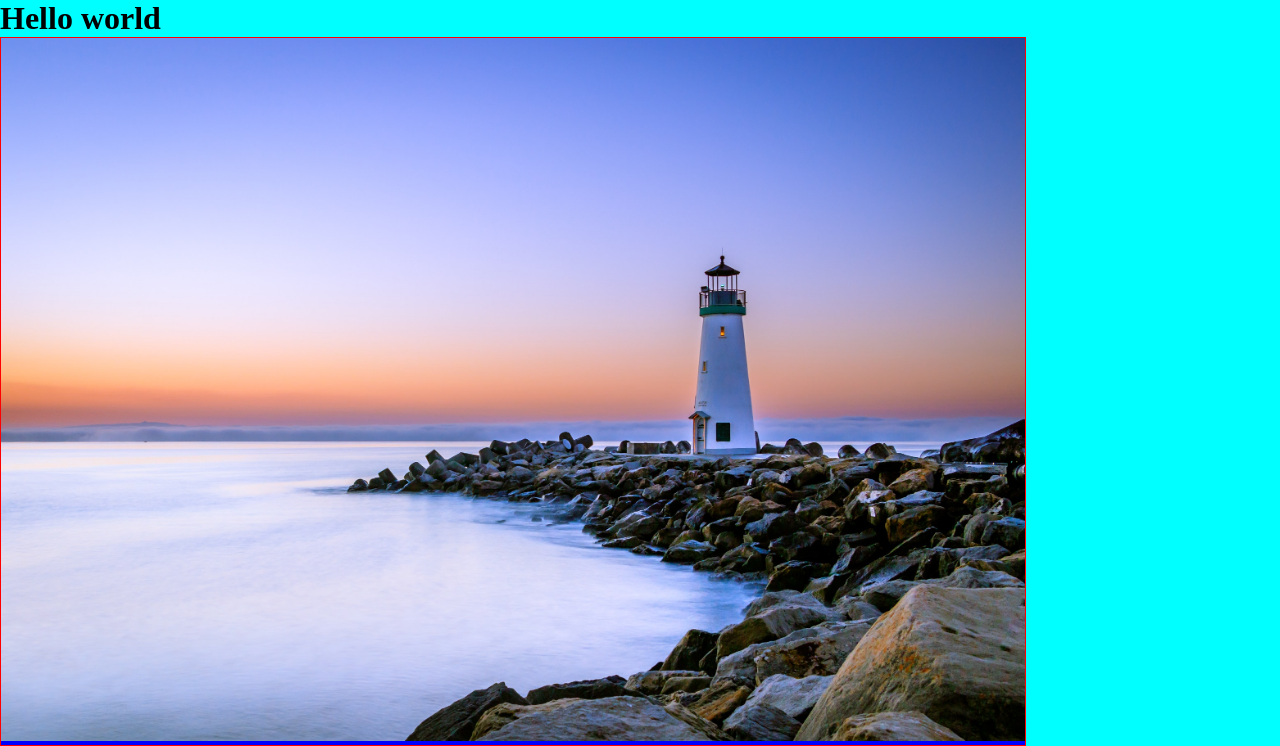
Repository: RPSKumara/DPEdudationPyhton
Page: ImageStyle/index.html
An editor plug-in stored every save of this project. The page is shown before and after the next save, followed by the edit.
The browser window is 1280 px wide. The pictures show the whole page.

Above is the page before, as saved 2022-04-20 10:15:59.

After the next save:
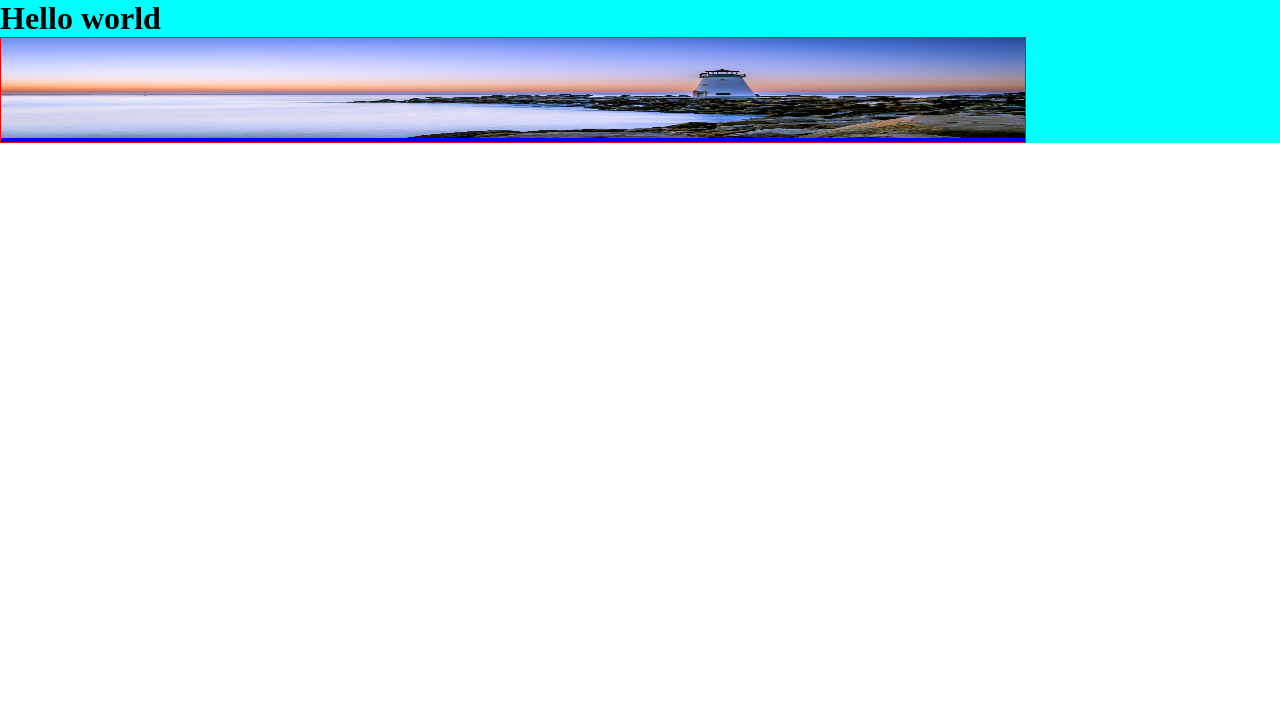
Saved 17 s later.
--- a/ImageStyle/style.css
+++ b/ImageStyle/style.css
@@ -14,4 +14,5 @@
 }
 .previewImg{
     width: 100%;
+    max-height: 100px;
 }
